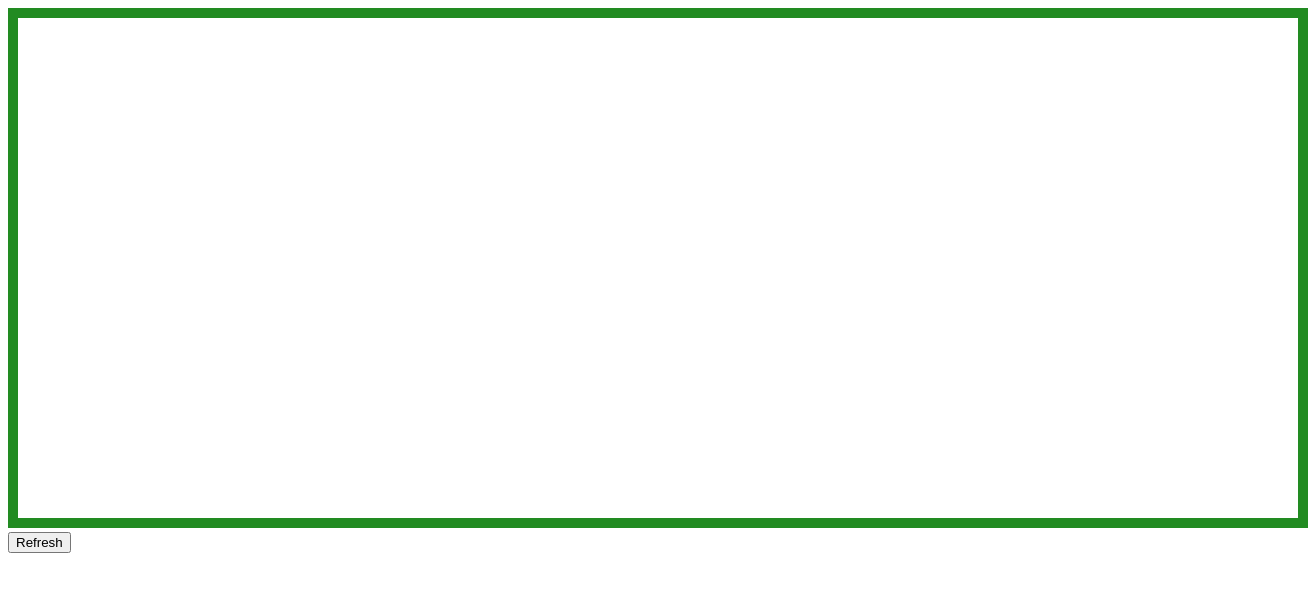
Repository: spidero7/Sketch-Canva
Page: index.html
These files come from the project's save history. The page is drawn as it stood at one moment and after the next save; the edit follows.
The browser window is 1280 px wide. The page is 1308 px wide, then 1280 px, so the pictures cover 1308 px, including what lies to the right of the window. The pictures show the whole page.

Above is the page before, as saved 2021-09-05 07:32:57.

After the next save:
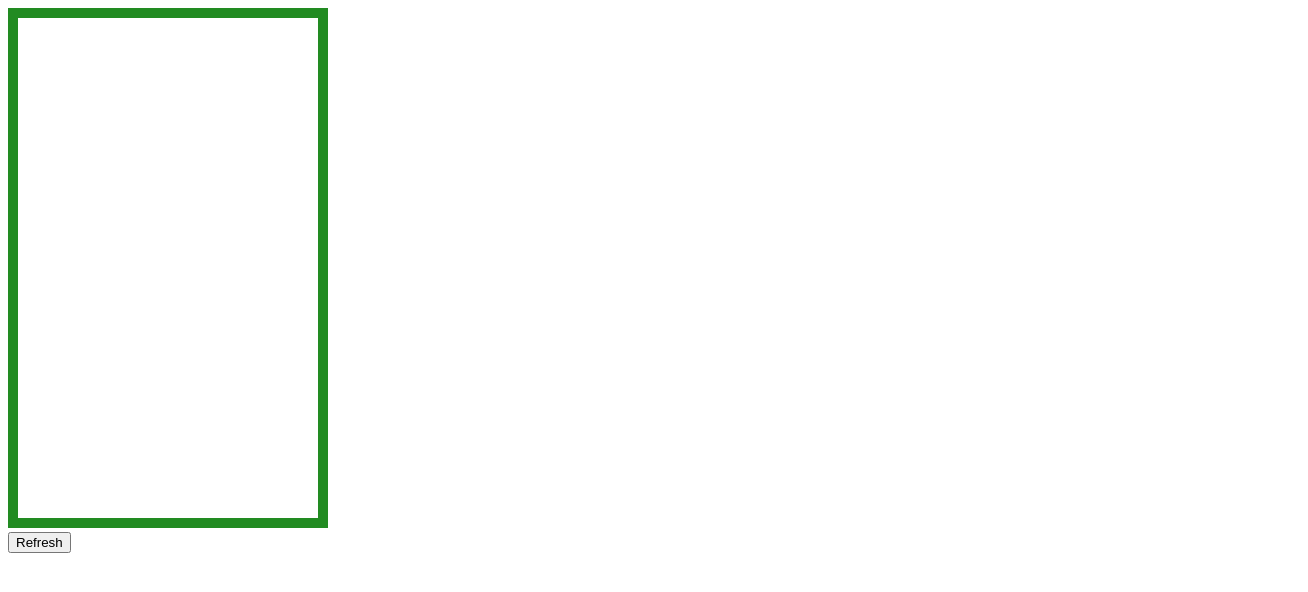
Saved 12 s later.
--- a/style.css
+++ b/style.css
@@ -4,5 +4,5 @@ canvas {
     border: solid 10px forestgreen;
     width: 80%;
     height: 500px;
-    width: 100vw;
+    width: 300px;
 }
